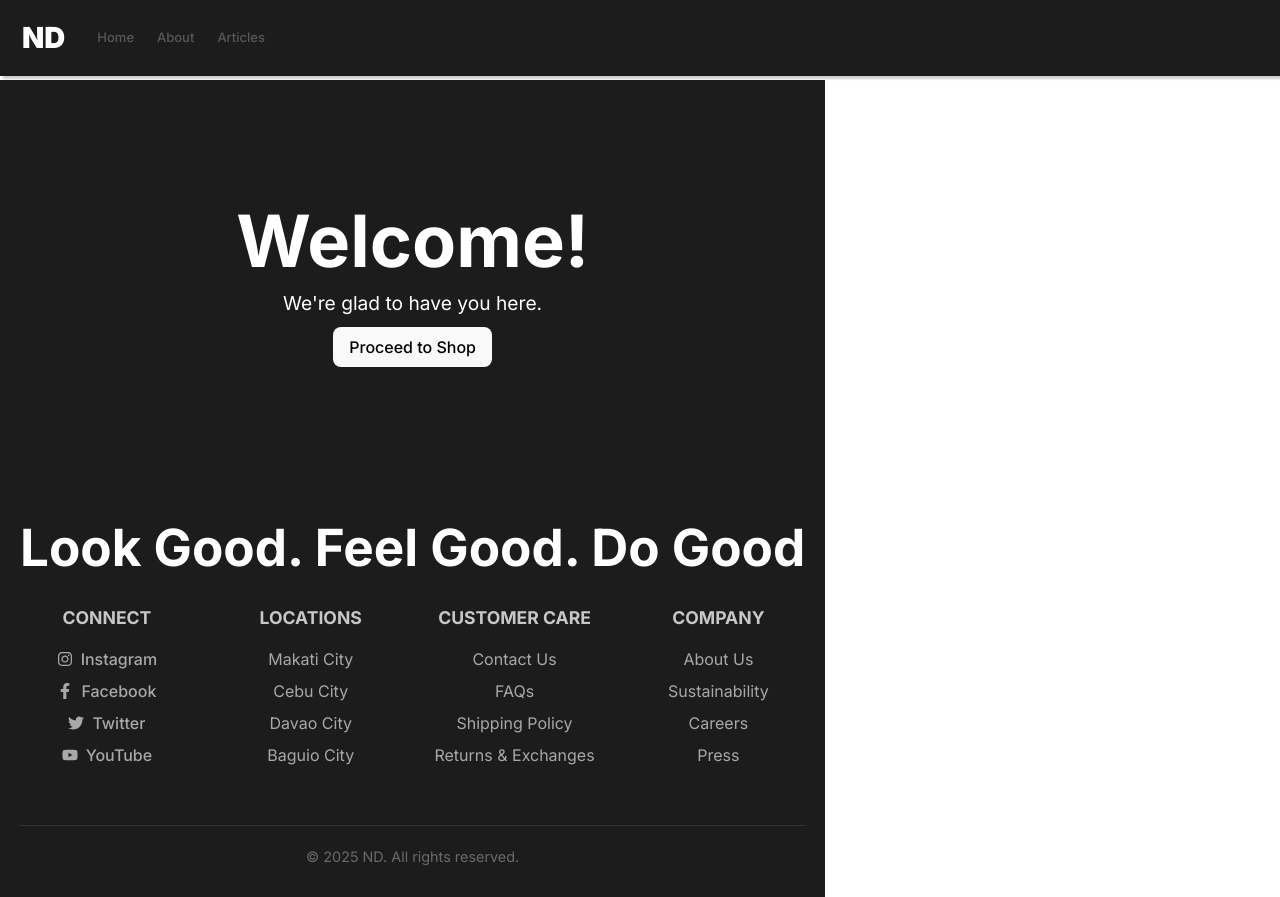
Repository: neomdavid/advancedwebprogramming
Page: /welcome
These files come from the project's save history. The page is drawn as it stood at one moment and after a run of saves; the edit follows.
The browser window is 1280 px wide. The pictures show the whole page.
The project was rebuilt for these pictures with package versions that can differ from the ones it lists, and the page was loaded fresh each time. Also part of the build but not shown: vite.config.js, src/styles/Button.css, src/components/Button.jsx, src/styles/AboutPage.css, src/pages/AboutPAge.jsx, src/styles/ArticleList.css, src/article-content.js, src/components/ArticleList.jsx and 9 more.

Above is the page before, as saved 2025-04-22 08:56:09.

After the next 2 saves:
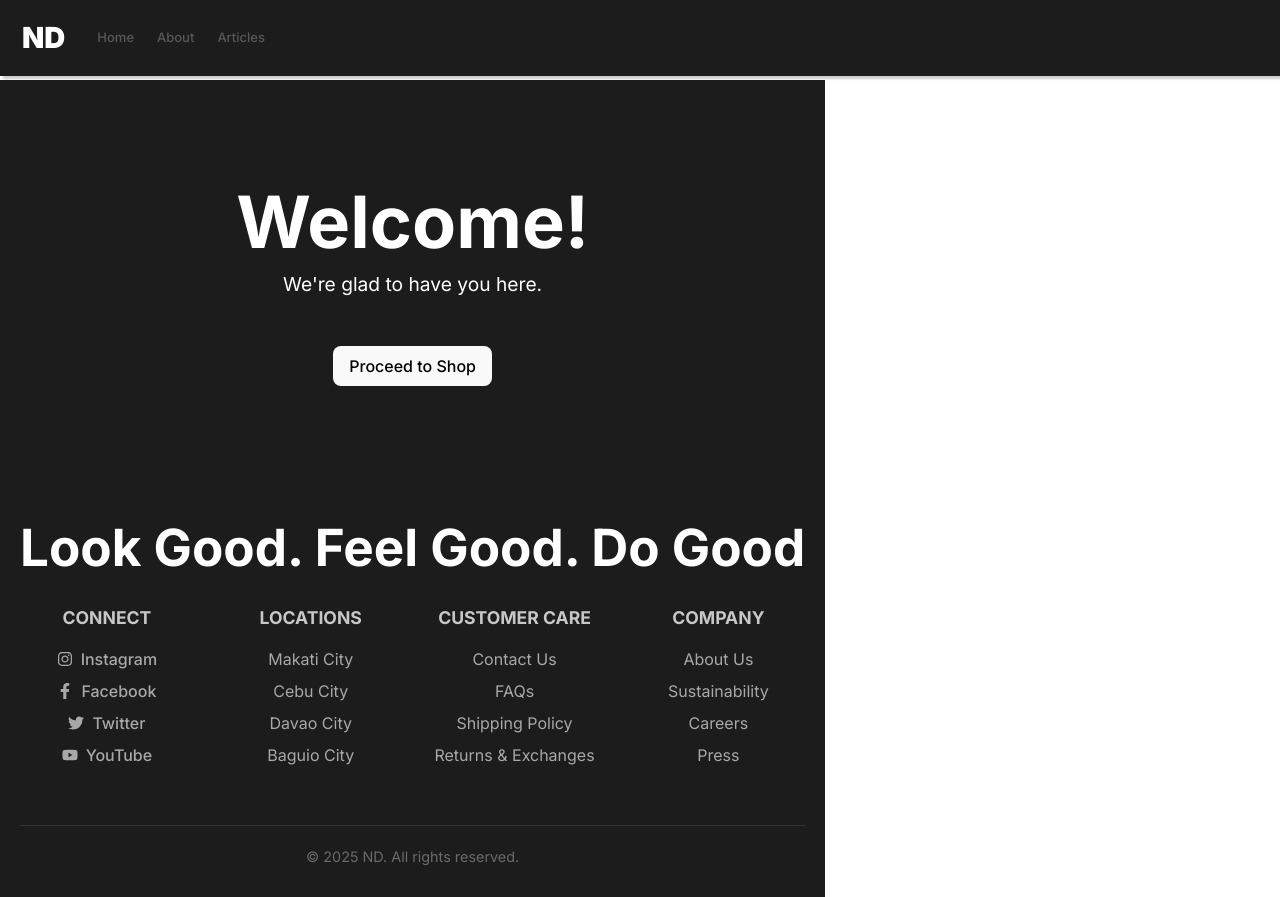
The 2 saves are shown as one change because they came seconds apart.
The last was saved 6 s later.
--- a/src/pages/WelcomePage.jsx
+++ b/src/pages/WelcomePage.jsx
@@ -19,7 +19,7 @@ const WelcomePage = () => {
       <h1 style={{ fontSize: "4.5rem", marginBottom: ".5rem" }}>
         Welcome{name ? `, ${name}!` : "!"}
       </h1>
-      <p style={{ fontSize: "1.2rem", marginBottom: "10px" }}>
+      <p style={{ fontSize: "1.2rem", marginBottom: "3rem" }}>
         We're glad to have you here.
       </p>
       <button
